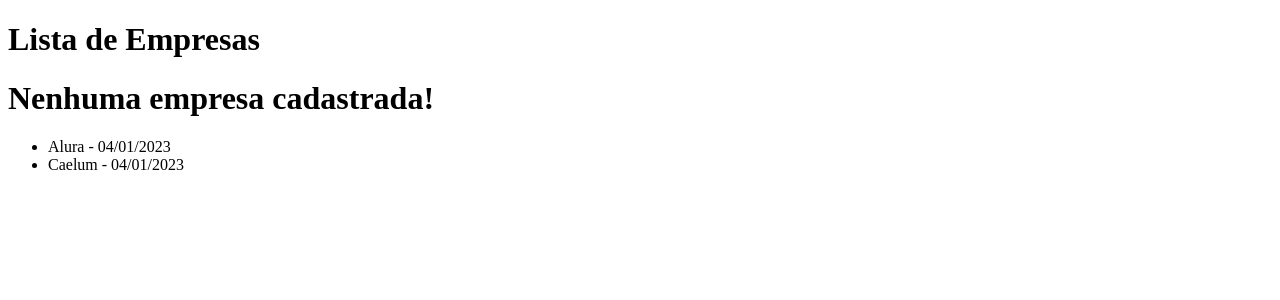
Repository: DerickLFAndrade/Aplicacao_Java_Web_Servlet_TomCat
Page: http://localhost/gerenciador/listaEmpresaServlet
An editor plug-in stored every save of this project. The page is shown before and after the next save, followed by the edit.
The browser window is 1280 px wide. The pictures show the whole page.
The page is served by Tomcat 9. Other server files are loaded and not shown.

Above is the page before, as saved 2023-01-07 19:27:19.

### gerenciador/WebContent/listaEmpresas.jsp
<%@ page language="java" contentType="text/html; charset=ISO-8859-1"
    pageEncoding="ISO-8859-1"%>
<%@
page import = "java.util.List, br.com.alura.gerenciador.servlet.Empresa"
%>
<%@ taglib uri="http://java.sun.com/jsp/jstl/core" prefix="c" %>

<%@ taglib uri="http://java.sun.com/jsp/jstl/fmt" prefix="fmt" %>
<!DOCTYPE html>
<html>
<head>
<meta charset="ISO-8859-1">
<title>Lista de Empresas</title>
</head>
<body>
<h1>Lista de Empresas</h1>

	<c:if test="${not empty empresa}">
		<h1>Cadastrando nova empresa ${empresa}</h1>
	</c:if>

	<c:if test="${empty empresa}">
		<h1>Nenhuma empresa cadastrada!</h1>
	</c:if>

	<ul>
		<c:forEach items="${empresas}" var="empresa">
			<li>${empresa.nome} - <fmt:formatDate value="${empresa.dataAbertura}" pattern="dd/MM/yyyy"/></li>
		</c:forEach>
	</ul>

</body>
</html>

### gerenciador/src/br/com/alura/gerenciador/servlet/ListaEmpresaServlet.java
package br.com.alura.gerenciador.servlet;

import java.io.IOException;
import java.util.List;

import javax.servlet.RequestDispatcher;
import javax.servlet.ServletException;
import javax.servlet.annotation.WebServlet;
import javax.servlet.http.HttpServlet;
import javax.servlet.http.HttpServletRequest;
import javax.servlet.http.HttpServletResponse;


@WebServlet("/listaEmpresaServlet")
public class ListaEmpresaServlet extends HttpServlet {
	private static final long serialVersionUID = 1L;


	protected void doGet(HttpServletRequest request, HttpServletResponse response) throws ServletException, IOException {
		Banco banco = new Banco();
		List<Empresa> list = banco.getEmpresas();
		request.setAttribute("empresas", list);
		RequestDispatcher rd = request.getRequestDispatcher("/listaEmpresas.jsp");
		rd.forward(request, response);
	}

}

### gerenciador/src/br/com/alura/gerenciador/servlet/Banco.java
package br.com.alura.gerenciador.servlet;

import java.util.ArrayList;
import java.util.Date;
import java.util.List;

public class Banco {

	private static List<Empresa> listEmpresa = new ArrayList<>();

	static {
		  Empresa empresa = new Empresa(1, "Alura", new Date());
		  Empresa empresa2 = new Empresa(2, "Caelum", new Date());
		  Banco.listEmpresa.add(empresa);
		  Banco.listEmpresa.add(empresa2);
		}

	public void addEmpresa(Empresa emp) {
		Banco.listEmpresa.add(emp);
	}
	public List<Empresa> getEmpresas(){
		return Banco.listEmpresa;
	}
}

### gerenciador/src/br/com/alura/gerenciador/servlet/Empresa.java
package br.com.alura.gerenciador.servlet;

import java.util.Date;

public class Empresa {

	private Integer id;
	private String nome;
	private Date dataAbertura;

	public Empresa(Integer id, String nome, Date dataAbertura) {
		this.id = id;
		this.nome = nome;
		this.dataAbertura = dataAbertura;
	}
	public int getId() {
		return id;
	}
	public void setId(int id) {
		this.id = id;
	}
	public String getNome() {
		return nome;
	}
	public void setNome(String nome) {
		this.nome = nome;
	}
	public Date getDataAbertura() {
		return dataAbertura;
	}
	public void setDataAbertura(Date dataAbertura) {
		this.dataAbertura = dataAbertura;
	}


}

After the next save:
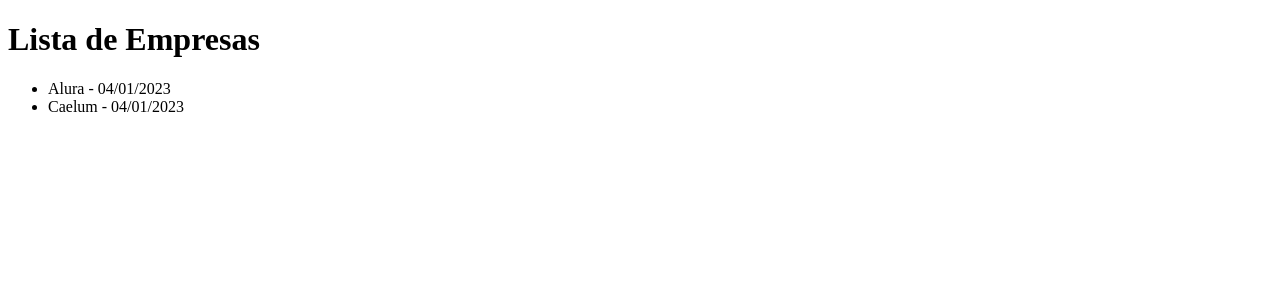
Saved 11 s later.
--- a/gerenciador/WebContent/listaEmpresas.jsp
+++ b/gerenciador/WebContent/listaEmpresas.jsp
@@ -19,9 +19,6 @@
 		<h1>Cadastrando nova empresa ${empresa}</h1>
 	</c:if>
 
-	<c:if test="${empty empresa}">
-		<h1>Nenhuma empresa cadastrada!</h1>
-	</c:if>
 
 	<ul>
 		<c:forEach items="${empresas}" var="empresa">
